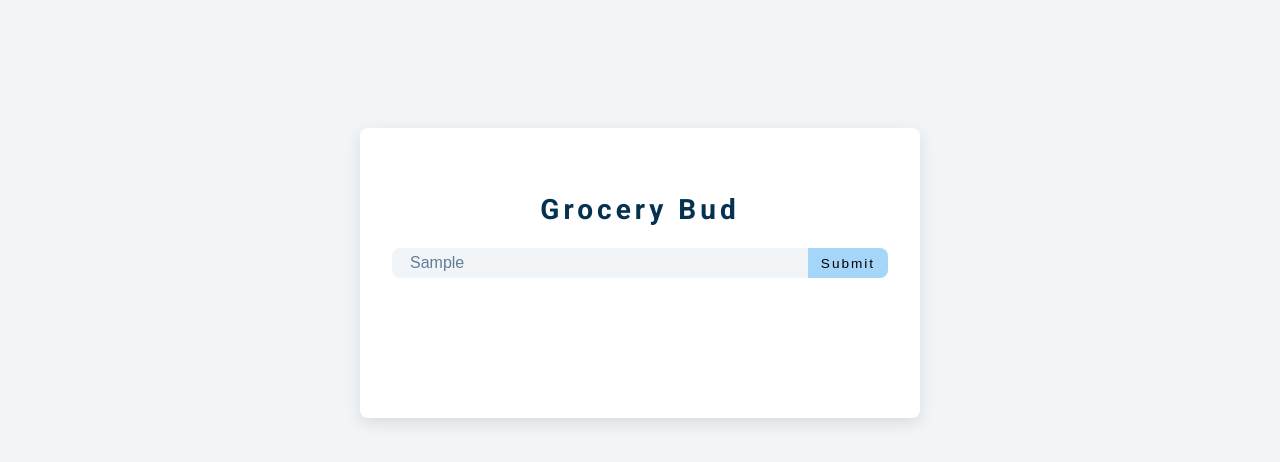
Repository: sunny070/javaScript
Page: Grogery_14/index.html
The author's editor kept a copy of each file at every save. The page is drawn from the files as they stood at one save, then again after the next save.
The browser window is 1280 px wide. The pictures show the whole page.
Empty fields were first filled with sample values (such as "Sample", 5 or name@example.com).
After loading, the first visible `form.grocery-form` was submitted once.
Some web libraries are served in a nearby version.

Above is the page before, as saved 2023-10-31 12:12:37.

### Grogery_14/index.html
<!DOCTYPE html>
<html lang="en">
<head>
    <meta charset="UTF-8">
    <meta name="viewport" content="width=device-width, initial-scale=1.0">
    <title>Grocery Bud</title>
    <link
    rel="stylesheet"
    href="https://cdnjs.cloudflare.com/ajax/libs/font-awesome/5.14.0/css/all.min.css"
  />
    <link rel="stylesheet" href="style.css">
</head>
<body>
    <section class="section-center">
        <!-- form -->
        <form action="" class="grocery-form">
            <p class="alert"></p>
            <h3>grocery bud</h3>
            <div class="form-control">
                <input type="text" id="grocery" placeholder="e.g. eggs">
                <button type="submit" class="submit-btn">submit</button>
            </div>
        </form>
        <!-- list -->
        <div class="grocery-container">
            <div class="grocery-list">
                <!-- <article class="grocery-item">
                    <p class="title">item</p>
                    <div class="btn-container">
                        <button type="button" class="edit-btn">
                            <i class="fas fa-edit"></i>
                        </button>
                        <button type="button" class="delete-btn">
                            <i class="fas fa-trash"></i>
                        </button>
                    </div>
                </article> -->
            </div>
            <!-- button -->
            <button type="button" class="clear-btn">clear items</button>
        </div>
    </section>
    <script src="app.js"></script>
</body>
</html>

### Grogery_14/style.css
/*
===============
Fonts
===============
*/
@import url("https://fonts.googleapis.com/css?family=Open+Sans|Roboto:400,700&display=swap");

/*
===============
Variables
===============
*/

:root {
  /* dark shades of primary color*/
  --clr-primary-1: hsl(205, 86%, 17%);
  --clr-primary-2: hsl(205, 77%, 27%);
  --clr-primary-3: hsl(205, 72%, 37%);
  --clr-primary-4: hsl(205, 63%, 48%);
  /* primary/main color */
  --clr-primary-5: #49a6e9;
  /* lighter shades of primary color */
  --clr-primary-6: hsl(205, 89%, 70%);
  --clr-primary-7: hsl(205, 90%, 76%);
  --clr-primary-8: hsl(205, 86%, 81%);
  --clr-primary-9: hsl(205, 90%, 88%);
  --clr-primary-10: hsl(205, 100%, 96%);
  /* darkest grey - used for headings */
  --clr-grey-1: hsl(209, 61%, 16%);
  --clr-grey-2: hsl(211, 39%, 23%);
  --clr-grey-3: hsl(209, 34%, 30%);
  --clr-grey-4: hsl(209, 28%, 39%);
  /* grey used for paragraphs */
  --clr-grey-5: hsl(210, 22%, 49%);
  --clr-grey-6: hsl(209, 23%, 60%);
  --clr-grey-7: hsl(211, 27%, 70%);
  --clr-grey-8: hsl(210, 31%, 80%);
  --clr-grey-9: hsl(212, 33%, 89%);
  --clr-grey-10: hsl(210, 36%, 96%);
  --clr-white: #fff;
  --clr-red-dark: hsl(360, 67%, 44%);
  --clr-red-light: hsl(360, 71%, 66%);
  --clr-green-dark: hsl(125, 67%, 44%);
  --clr-green-light: hsl(125, 71%, 66%);
  --clr-black: #222;
  --ff-primary: "Roboto", sans-serif;
  --ff-secondary: "Open Sans", sans-serif;
  --transition: all 0.3s linear;
  --spacing: 0.25rem;
  --radius: 0.5rem;
  --light-shadow: 0 5px 15px rgba(0, 0, 0, 0.1);
  --dark-shadow: 0 5px 15px rgba(0, 0, 0, 0.2);
  --max-width: 1170px;
  --fixed-width: 620px;
}
/*
===============
Global Styles
===============
*/

*,
::after,
::before {
  margin: 0;
  padding: 0;
  box-sizing: border-box;
}
body {
  font-family: var(--ff-secondary);
  background: var(--clr-grey-10);
  color: var(--clr-grey-1);
  line-height: 1.5;
  font-size: 0.875rem;
}
ul {
  list-style-type: none;
}
a {
  text-decoration: none;
}
img:not(.logo) {
  width: 100%;
}
img {
  display: block;
}

h1,
h2,
h3,
h4 {
  letter-spacing: var(--spacing);
  text-transform: capitalize;
  line-height: 1.25;
  margin-bottom: 0.75rem;
  font-family: var(--ff-primary);
}
h1 {
  font-size: 3rem;
}
h2 {
  font-size: 2rem;
}
h3 {
  font-size: 1.25rem;
}
h4 {
  font-size: 0.875rem;
}
p {
  margin-bottom: 1.25rem;
  color: var(--clr-grey-5);
}
@media screen and (min-width: 800px) {
  h1 {
    font-size: 4rem;
  }
  h2 {
    font-size: 2.5rem;
  }
  h3 {
    font-size: 1.75rem;
  }
  h4 {
    font-size: 1rem;
  }
  body {
    font-size: 1rem;
  }
  h1,
  h2,
  h3,
  h4 {
    line-height: 1;
  }
}
/*  global classes */

.btn {
  text-transform: uppercase;
  background: transparent;
  color: var(--clr-black);
  padding: 0.375rem 0.75rem;
  letter-spacing: var(--spacing);
  display: inline-block;
  transition: var(--transition);
  font-size: 0.875rem;
  border: 2px solid var(--clr-black);
  cursor: pointer;
  box-shadow: 0 1px 3px rgba(0, 0, 0, 0.2);
  border-radius: var(--radius);
}
.btn:hover {
  color: var(--clr-white);
  background: var(--clr-black);
}
/* section */
.section {
  padding: 5rem 0;
}

.section-center {
  width: 90vw;
  margin: 0 auto;
  max-width: 35rem;
  margin-top: 8rem;
}
@media screen and (min-width: 992px) {
  .section-center {
    width: 95vw;
  }
}
main {
  min-height: 100vh;
  display: grid;
  place-items: center;
}
/*
===============
Grocery List
===============
*/
.section-center {
  background: var(--clr-white);
  border-radius: var(--radius);
  box-shadow: var(--light-shadow);
  transition: var(--transition);
  padding: 2rem;
}
.section-center:hover {
  box-shadow: var(--dark-shadow);
}
.alert {
  margin-bottom: 1rem;
  height: 1.25rem;
  display: grid;
  align-items: center;
  text-align: center;
  font-size: 0.7rem;
  border-radius: 0.25rem;
  letter-spacing: var(--spacing);
  text-transform: capitalize;
}
.alert-danger {
  color: #721c24;
  background: #f8d7da;
}
.alert-success {
  color: #155724;
  background: #d4edda;
}
.grocery-form h3 {
  color: var(--clr-primary-1);
  margin-bottom: 1.5rem;
  text-align: center;
}
.form-control {
  display: flex;
  justify-content: center;
}
#grocery {
  padding: 0.25rem;
  padding-left: 1rem;
  background: var(--clr-grey-10);
  border-top-left-radius: var(--radius);
  border-bottom-left-radius: var(--radius);
  border-color: transparent;
  font-size: 1rem;
  flex: 1 0 auto;
  color: var(--clr-grey-5);
}
#grocery::placeholder {
  font-family: var(--ff-secondary);
  color: var(--clr-grey-5);
}
.submit-btn {
  background: var(--clr-primary-8);
  border-color: transparent;
  flex: 0 0 5rem;
  display: grid;
  align-items: center;
  padding: 0.25rem;
  text-transform: capitalize;
  letter-spacing: 2px;
  border-top-right-radius: var(--radius);
  border-bottom-right-radius: var(--radius);
  cursor: pointer;
  content: var(--clr-primary-5);
  transition: var(--transition);
  font-size: 0.85rem;
}
.submit-btn:hover {
  background: var(--clr-primary-5);
  color: var(--clr-white);
}

.grocery-container {
  margin-top: 2rem;
  transition: var(--transition);
  visibility: hidden;
}
.show-container {
  visibility: visible;
}
.grocery-item {
  display: flex;
  align-items: center;
  justify-content: space-between;
  margin-bottom: 0.5rem;
  transition: var(--transition);
  padding: 0.25rem 1rem;
  border-radius: var(--radius);
  text-transform: capitalize;
}
.grocery-item:hover {
  color: var(--clr-grey-5);
  background: var(--clr-grey-10);
}
.grocery-item:hover .title {
  color: var(--clr-grey-5);
}
.title {
  margin-bottom: 0;
  color: var(--clr-grey-1);
  letter-spacing: 2px;
  transition: var(--transition);
}
.edit-btn,
.delete-btn {
  background: transparent;
  border-color: transparent;
  cursor: pointer;
  font-size: 0.7rem;
  margin: 0 0.15rem;
  transition: var(--transition);
}
.edit-btn {
  color: var(--clr-green-light);
}
.edit-btn:hover {
  color: var(--clr-green-dark);
}
.delete-btn {
  color: var(--clr-red-light);
}
.delete-btn:hover {
  color: var(--clr-red-dark);
}
.clear-btn {
  text-transform: capitalize;
  width: 10rem;
  height: 1.5rem;
  display: grid;
  align-items: center;
  background: transparent;
  border-color: transparent;
  color: var(--clr-red-light);
  margin: 0 auto;
  font-size: 0.85rem;
  letter-spacing: var(--spacing);
  cursor: pointer;
  transition: var(--transition);
  margin-top: 1.25rem;
}
.clear-btn:hover {
  color: var(--clr-red-dark);
}

### Grogery_14/app.js
// ****** SELECT ITEMS **********
const alert = document.querySelector('.alert');
const form = document.querySelector('.grocery-form');
const grocery = document.getElementById('grocery');
const submitBtn = document.querySelector('.submit-btn');
const container = document.querySelector('.grocery-container');
const list = document.querySelector('.grocery-list');
const clearBtn = document.querySelector('.clear-btn');




// edit option
let editElement;
let editFlag = false;
let editID = "";
// ****** EVENT LISTENERS **********
// submit form
form.addEventListener('submit',addItem)
// ****** FUNCTIONS **********
function addItem(e){
    e.preventDefault();
    const value = grocery.value;

    const id = new Date().getTime().toString()
    // console.log(id);
    if(value && !editFlag ){
        const element = document.createElement('article');
        //  add class
        element.classList.add('grocery-item');
        // add id
        const attr = document.createAttribute('data-id');
        attr.value = id;
        element.setAttributeNode(attr);
        element.innerHTML = `<p class="title">${value}</p>
        <div class="btn-container">
            <button type="button" class="edit-btn">
                <i class="fas fa-edit"></i>
            </button>
            <button type="button" class="delete-btn">
                <i class="fas fa-trash"></i>
            </button>
        </div>`;
        // appen child
        list.appendChild(element)
        // display alert
        displayAlert('item added to the list','success');
        // show container
        container.classList.add("show")
    }else if(value  && editFlag){
        console.log("editing");
    }else{
        displayAlert('please enter value',"danger")
    }
}
// display alert
function displayAlert(text,action){
    alert.textContent = text;
    alert.classList.add(`alert-${action}`);


    // remove alert
    setTimeout(function(){
        alert.textContent = '';
        alert.classList.remove(`alert-${action}`);
    },1000)
}
// ****** LOCAL STORAGE **********

// ****** SETUP ITEMS **********

After the next save:
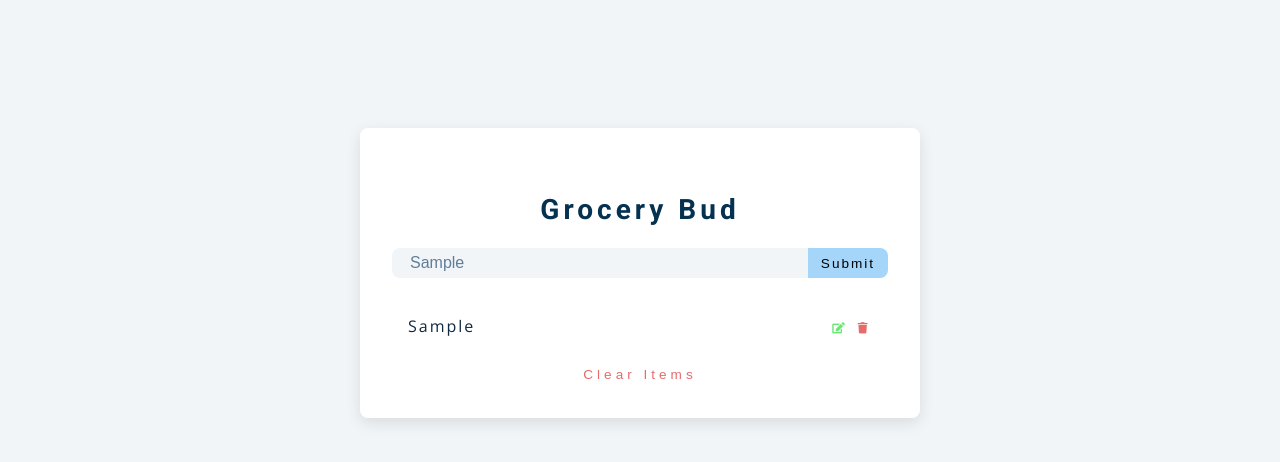
Saved 4 s later.
--- a/Grogery_14/app.js
+++ b/Grogery_14/app.js
@@ -46,7 +46,7 @@ function addItem(e){
         // display alert
         displayAlert('item added to the list','success');
         // show container
-        container.classList.add("show")
+        container.classList.add("show-container")
     }else if(value  && editFlag){
         console.log("editing");
     }else{
